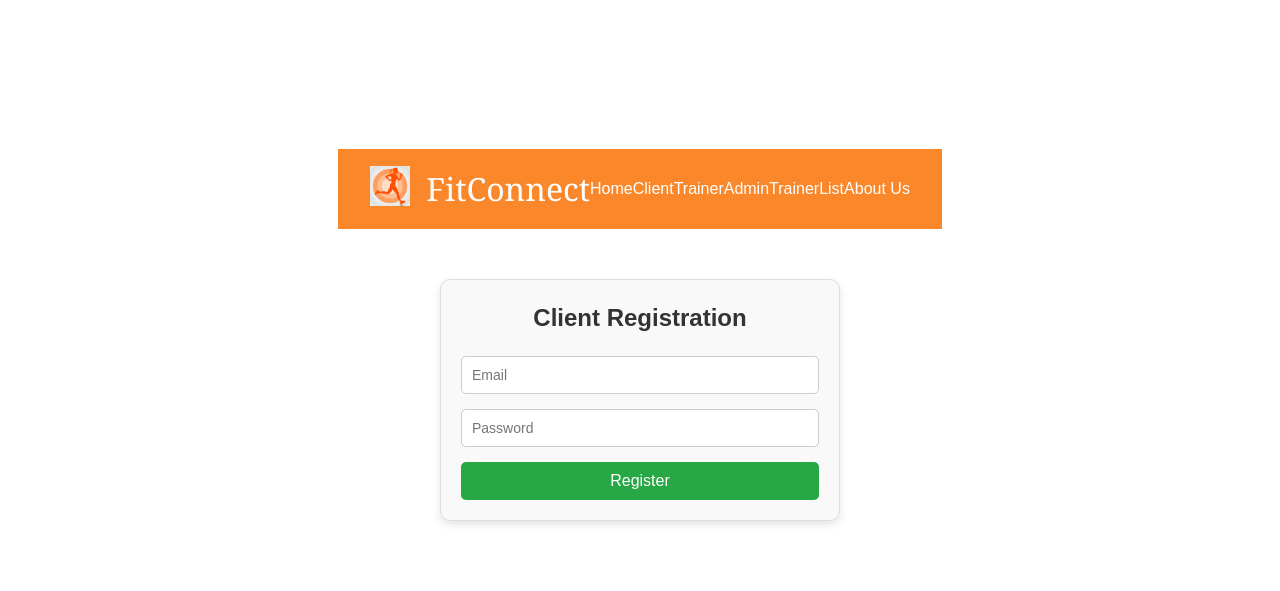
Repository: sarathraj2002/fitconnect
Page: /register (app in Frontend/)
An editor plug-in stored every save of this project. The page is shown before and after the next save, followed by the edit.
The browser window is 1280 px wide. The pictures show the whole page.
The project was rebuilt for these pictures with package versions that can differ from the ones it lists, and the page was loaded fresh each time. Also part of the build but not shown: Frontend/vite.config.js, Frontend/src/components/ClientPage.jsx, Frontend/src/components/TrainerPage.jsx, Frontend/src/components/AdminPage.jsx, Frontend/src/components/TrainerListPage.jsx, Frontend/src/components/AboutUs.jsx, Frontend/src/components/Footer.jsx, Frontend/src/components/Home.jsx and 1 more.

Above is the page before, as saved 2024-11-11 23:54:43.

### Frontend/index.html
<!doctype html>
<html lang="en">
  <head>
    <meta charset="UTF-8" />
    <link rel="icon" type="image/svg+xml" href="/vite.svg" />
    <meta name="viewport" content="width=device-width, initial-scale=1.0" />
    <title>FitConnect</title>
  </head>
  <body>
    <div id="root"></div>
    <script type="module" src="/src/main.jsx"></script>
  </body>
</html>

### Frontend/src/App.jsx
import React from 'react';
import { useState } from 'react'
import './App.css'
import { Route, Routes } from 'react-router-dom';
import NavBar from './components/NavBar';
import ClientPage from './components/ClientPage.jsx';
import TrainerPage from './components/TrainerPage';
import AdminPage from './components/AdminPage';
import TrainerListPage from './components/TrainerListPage';
import AboutUs from './components/AboutUs.jsx';
import Home from './components/Home.jsx';
import ClientRegister from './components/ClientRegister.jsx';
import Blog from './components/Blog.jsx';

function App() {
  const [count, setCount] = useState(0)

  return (
    <>


      <NavBar />
      <Routes>
        <Route path="/" element={<Home />}></Route>
        <Route path="/client" element={<ClientPage />}></Route>
        <Route path="/trainer" element={<TrainerPage />} ></Route>
        <Route path="/admin" element={<AdminPage />}></Route>
        <Route path="/trainerlist" element={<TrainerListPage />}></Route>
        <Route path="/about" element={<AboutUs />}></Route>
        <Route path="/register" element={<ClientRegister />}></Route>
        <Route path="/starthere" element={<Blog/>}></Route>
      </Routes>



    </>
  )
}

export default App

### Frontend/src/components/Navbar.jsx
import React from 'react';
import { Link } from 'react-router-dom';
import './navbar.css';
import { assets } from '../assets/assets';
const Navbar = () => {
  return (
     <nav className="navbar">
    {/* Logo */}
    <div className="navbar-logo">
      <img src={assets.logo} alt="Logo" />
    </div>
    <div className='head'>
      FitConnect
    </div>


        <Link to="/" style={{textDecoration:'none',color:'white'}}>Home</Link>
        <Link to="/client" style={{textDecoration:'none',color:'white'}}>Client</Link>
        <Link to="/trainer" style={{textDecoration:'none',color:'white'}}>Trainer</Link>
        <Link to="/admin" style={{textDecoration:'none',color:'white'}}>Admin</Link>
        <Link to="/trainerlist" style={{textDecoration:'none',color:'white'}}>TrainerList</Link>
        <Link to="/about" style={{textDecoration:'none',color:'white'}}>About Us</Link>

    </nav>
  );
};

export default Navbar;

### Frontend/src/components/ClientRegister.jsx
import React, { useState } from 'react';
import axios from 'axios';
import './ClientRegister.css';
import { useNavigate } from 'react-router-dom';

const ClientRegister = () => {
  const [formData, setFormData] = useState({
    email: '',
    password: '',
    phone: '',
    gender: '',
    fitnessGoals: '',
    fitnessLevel: '',
    height: '',
    weight: '',
    dietaryPreferences: '',
    preferredWorkoutTypes: '',
    dailyActivityLevel: '',
    languagesSpoken: '',
    location:''
  });
  const [error, setError] = useState('');
  const [success, setSuccess] = useState('');
  const navigate = useNavigate();

  const handleInputChange = (e) => {
    const { name, value } = e.target;
    setFormData((prevState) => ({
      ...prevState,
      [name]: value
    }));
  };

  const handleRegister = async (e) => {
    e.preventDefault();
    try {

      const data = {
        username: formData.email,
        password: formData.password,
      };
      const response = await axios.post('http://localhost:5000/api/login/register', data);
      setSuccess('Registration successful! Please log in.');
      setError('');
      setFormData({ email: '', password: '' });

      setTimeout(() => {
        navigate('/client');
      }, 1000);
    } catch (err) {
      setError(err.response?.data?.message || 'Error during registration');
      setSuccess('');
    }
  };


  return (
    <div className="client-register-container">
      <h2>Client Registration</h2>
      <form onSubmit={handleRegister}>
        <input
          type="email"
          name="email"
          placeholder="Email"
          value={formData.email}
          onChange={handleInputChange}
          required
        />
        <input
          type="password"
          name="password"
          placeholder="Password"
          value={formData.password}
          onChange={handleInputChange}
          required
        />

        <button type="submit">Register</button>
        {error && <p style={{ color: 'red' }}>{error}</p>}
        {success && <p style={{ color: 'green' }}>{success}</p>}
      </form>
    </div>
  );
};

export default ClientRegister;

### Frontend/src/components/Navbar.css
* {
  margin: 0;
  padding: 0;
  box-sizing: border-box;
}

body {
  font-family: Arial, sans-serif;
}

.navbar {
  display: flex;
  align-items: center;
  justify-content: space-between;
  background-color: #fa8729;
  padding: 1rem 2rem;
  color: white;
  width: 100%;
}

.navbar-logo img {
  height: 40px;
  width: auto;
}

.head {
  font-size: xx-large;
  font-family: Georgia, 'Times New Roman', Times, serif;
  color: white;
  margin-left: 1rem;
}

.navbar-links {
  display: flex;
  gap: 1.5rem;
  list-style: none;
  margin-left: auto; /* Align links to the right */
}

.navbar-links a {
  text-decoration: none;
  color: white;
  font-size: 1rem;
  transition: color 0.3s ease;
}

.navbar-links a:hover {
  color: #ec7819;
}

.navbar-toggle {
  display: none;
  font-size: 1.5rem;
  color: white;
  cursor: pointer;
}

/* Mobile view adjustments */
@media (max-width: 768px) {
  .navbar {
      flex-direction: column;
      align-items: flex-start;
  }

  .navbar-links {
      display: none;
      flex-direction: column;
      width: 100%;
      background-color: #fa8729;
      position: absolute;
      top: 100%;
      left: 0;
      padding: 1rem 2rem;
      border-radius: 0;
  }

  .navbar-links.open {
      display: flex;
  }

  .navbar-toggle {
      display: block;
  }

  .head {
      margin-left: 0;
      margin-bottom: 1rem;
  }
}

### Frontend/src/assets/assets.js
import logo from './logo.png';
import head1 from './head1.png'

export const assets={
    logo,
    head1
};

### Frontend/src/components/ClientRegister.css
.client-register-container {
    max-width: 400px;
    margin: 50px auto;
    padding: 20px;
    border: 1px solid #ddd;
    border-radius: 10px;
    background-color: #f9f9f9;
    box-shadow: 0 4px 8px rgba(0, 0, 0, 0.1);
  }

  .client-register-container h2 {
    text-align: center;
    margin-bottom: 20px;
    color: #333;
  }

  .client-register-container form {
    display: flex;
    flex-direction: column;
  }

  .client-register-container input {
    margin-bottom: 15px;
    padding: 10px;
    border: 1px solid #ccc;
    border-radius: 5px;
    font-size: 14px;
  }

  .client-register-container button {
    background-color: #28a745;
    color: #fff;
    padding: 10px;
    border: none;
    border-radius: 5px;
    cursor: pointer;
    font-size: 16px;
    transition: background-color 0.3s;
  }

  .client-register-container button:hover {
    background-color: #218838;
  }

  .client-register-container p {
    margin-top: 10px;
    text-align: center;
    font-size: 14px;
  }

Loaded but not shown: Frontend/src/main.jsx (common file); Frontend/src/index.css (common file); Frontend/src/App.css (common file)

After the next save:
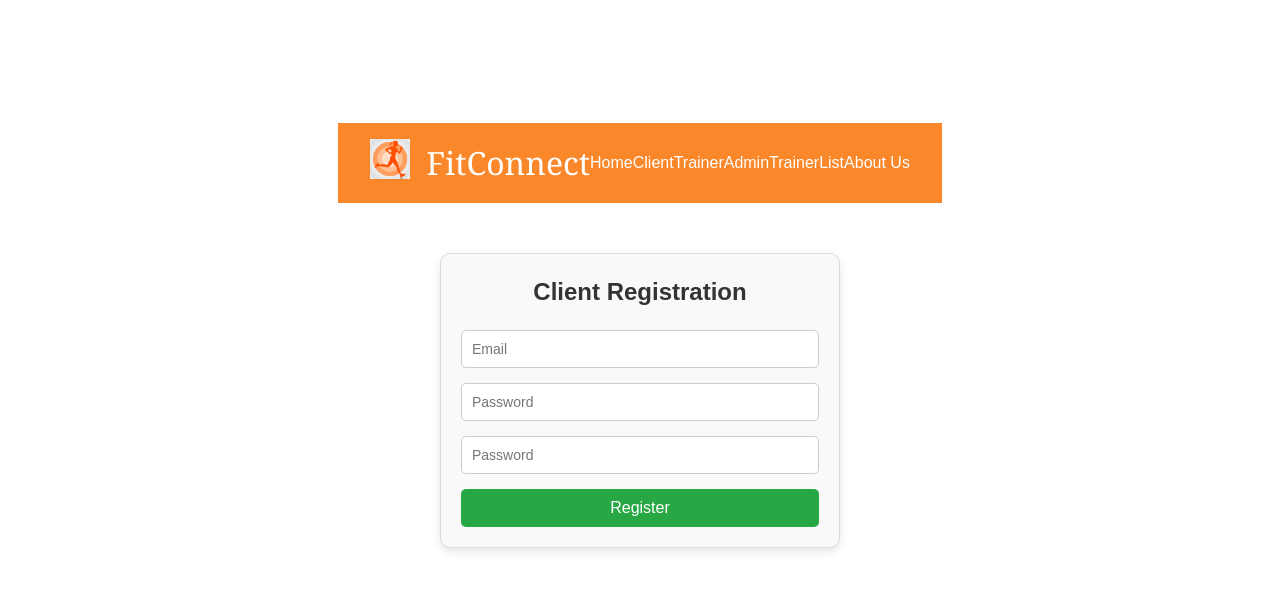
Saved 10 s later.
--- a/Frontend/src/components/ClientRegister.jsx
+++ b/Frontend/src/components/ClientRegister.jsx
@@ -74,7 +74,14 @@ const ClientRegister = () => {
           onChange={handleInputChange}
           required
         />
-
+         <input
+          type="password"
+          name="password"
+          placeholder="Password"
+          value={formData.password}
+          onChange={handleInputChange}
+          required
+        />
         <button type="submit">Register</button>
         {error && <p style={{ color: 'red' }}>{error}</p>}
         {success && <p style={{ color: 'green' }}>{success}</p>}
